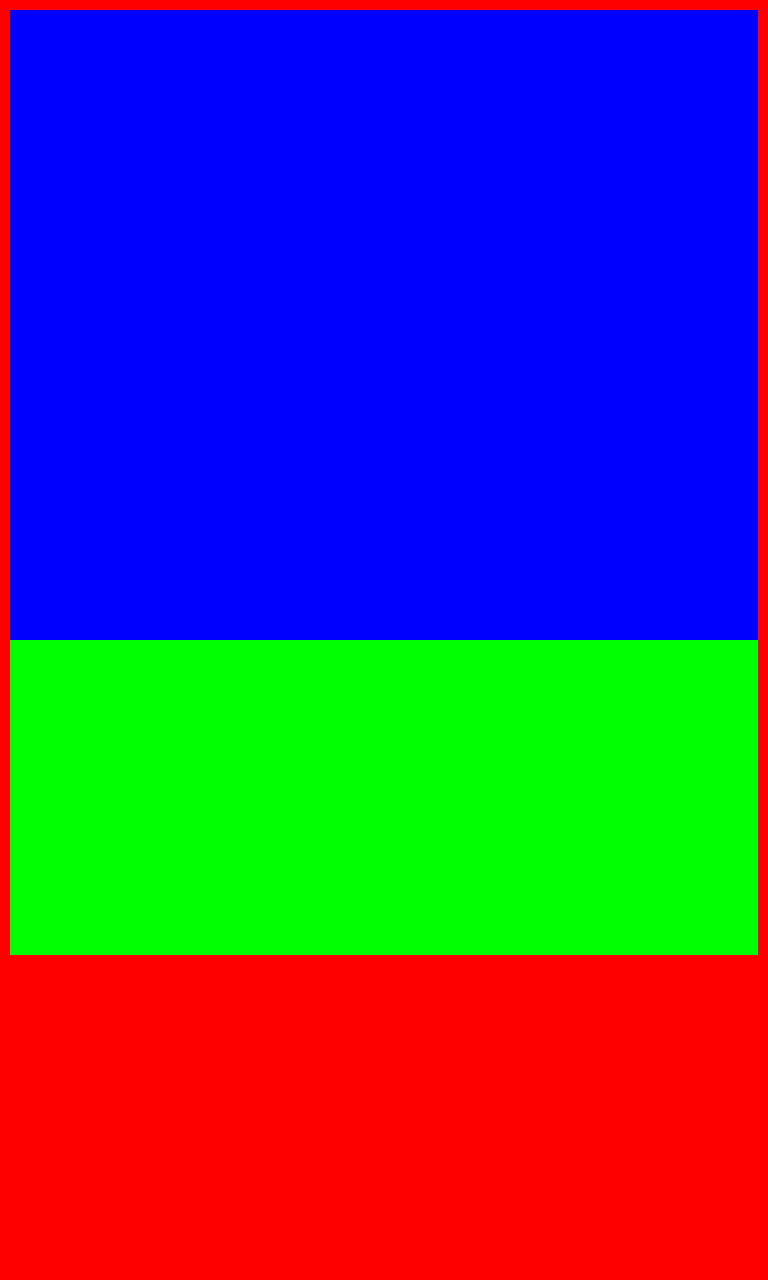
Repository: SpaceApp-TheTeam/mobileApp
Layout: Nasa/res/layout/one.xml
An editor plug-in stored every save of this project. The layout is shown before and after the next save, followed by the edit.
It is drawn on a 768 x 1280 px phone screen (xhdpi) without system bars, with theme AppTheme; the app's code is not run.

Above is the layout before, as saved 2015-04-11 21:01:54.

### Nasa/res/layout/one.xml
<?xml version="1.0" encoding="utf-8"?>
<LinearLayout xmlns:android="http://schemas.android.com/apk/res/android"
    android:orientation="vertical"
    android:layout_width="match_parent"
    android:layout_height="match_parent"
    android:background="#FF0000"
    android:weightSum="4"
    android:orientation="vertical"
    android:padding="5dp"> <!-- to show what the parent is -->
    <LinearLayout
        android:background="#0000FF"
        android:layout_height="0dp"
        android:layout_width="match_parent"
        android:layout_weight="2" />
    <LinearLayout
        android:background="#00FF00"
        android:layout_height="0dp"
        android:layout_width="match_parent"
        android:layout_weight="1" />
</LinearLayout>

Loaded but not shown: Nasa/res/values/styles.xml (common file); Nasa/res/values-v11/styles.xml (common file); Nasa/res/values-v14/styles.xml (common file)

After the next save:
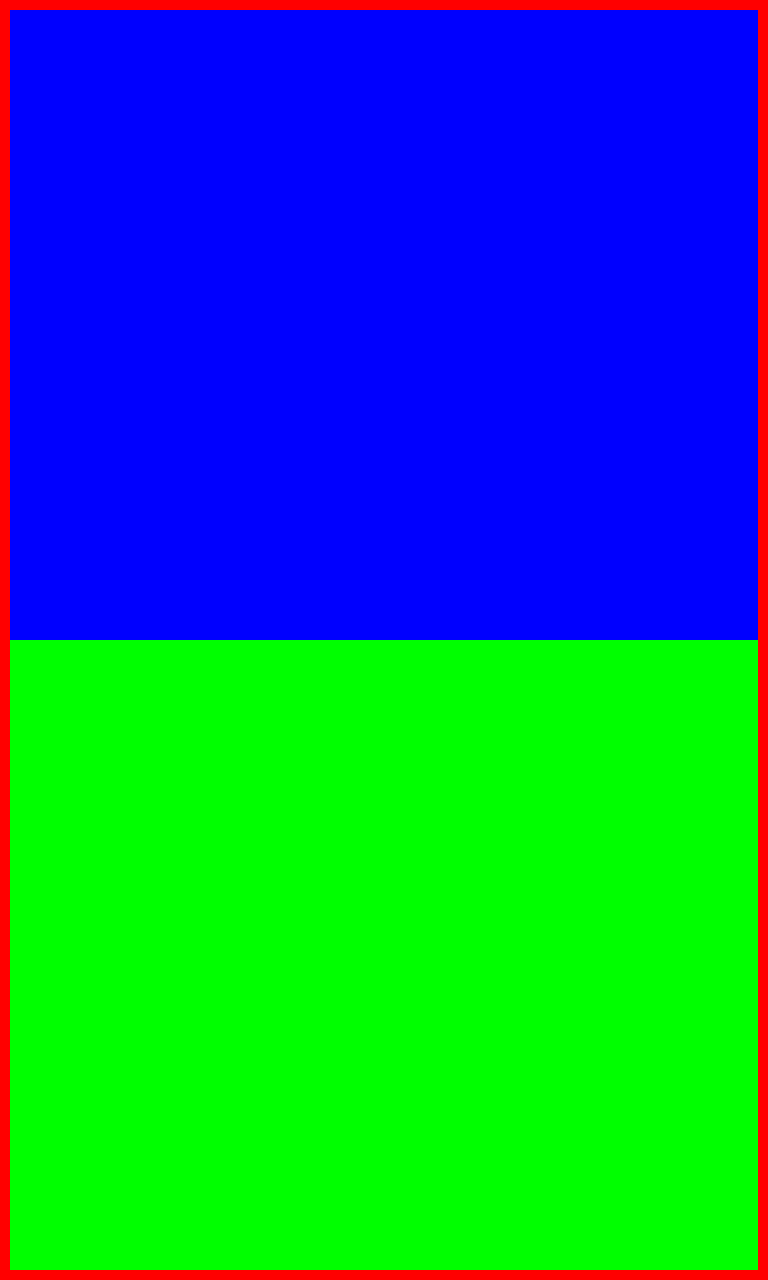
Saved 37 s later.
--- a/Nasa/res/layout/one.xml
+++ b/Nasa/res/layout/one.xml
@@ -5,7 +5,6 @@
     android:layout_height="match_parent"
     android:background="#FF0000"
     android:weightSum="4"
-    android:orientation="vertical"
     android:padding="5dp"> <!-- to show what the parent is -->
     <LinearLayout
         android:background="#0000FF"
@@ -16,5 +15,5 @@
         android:background="#00FF00"
         android:layout_height="0dp"
         android:layout_width="match_parent"
-        android:layout_weight="1" />
+        android:layout_weight="2" />
 </LinearLayout>
